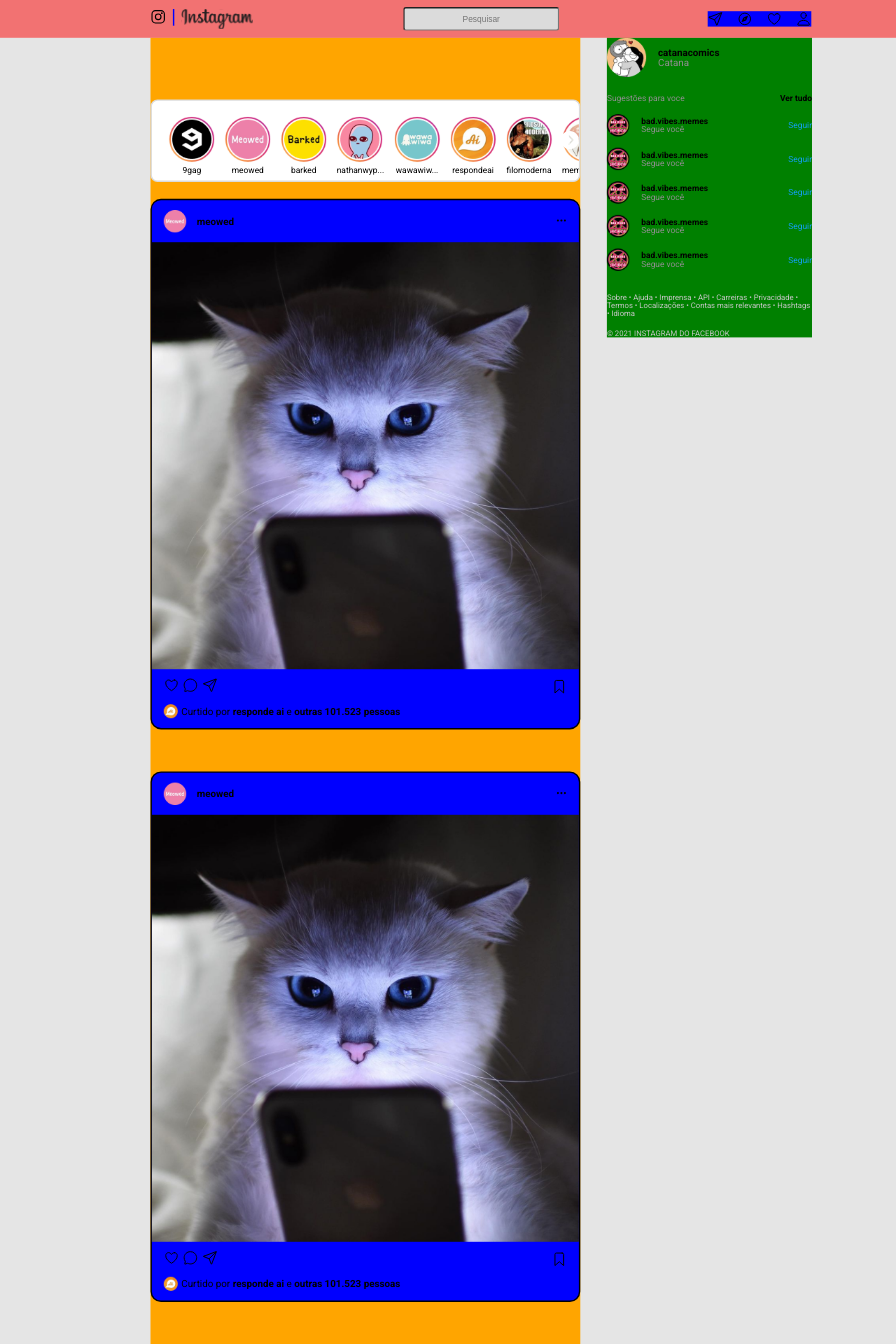
Repository: Zezinoo/proj-2-instagram-clone
Page: index.html
These files come from the project's save history. The page is drawn as it stood at one moment and after the next save; the edit follows.
The browser window is 1280 px wide. The pictures show the part of the page from y = 0 to 1920 px (the page is 2738 px tall), at 70% of full size.
Some web libraries are served in a nearby version.

Above is the page before, as saved 2022-06-04 22:27:14.

After the next save:
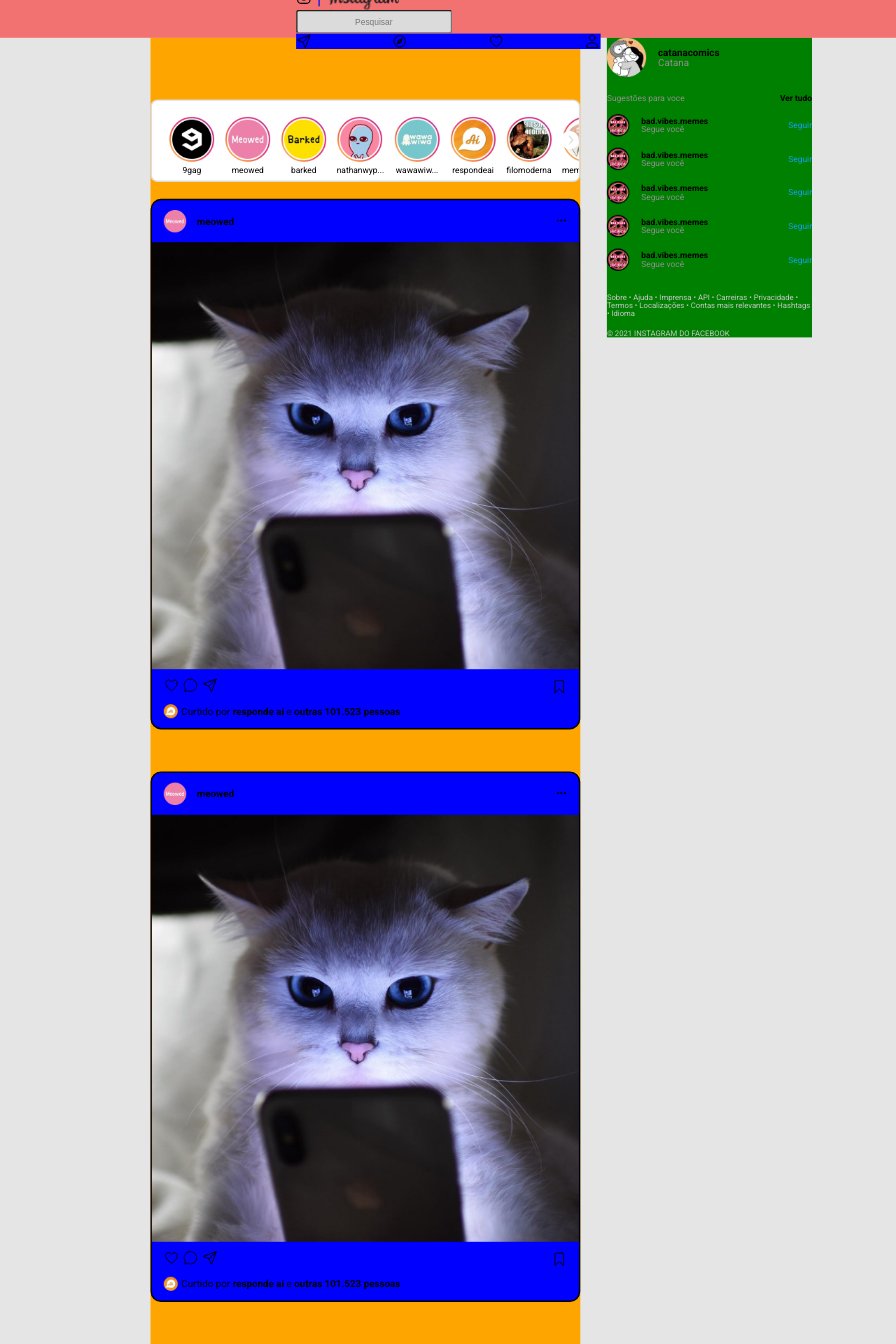
Saved 3 h 34 min later.
--- a/style.css
+++ b/style.css
@@ -21,15 +21,7 @@
     z-index: 1;
 }
 
-.align-top{
-    display: flex;
-    flex-direction: row;
-    align-items: center;
-    justify-content: space-between;
-    position: absolute;
-    left: 215px;
-    z-index: 1;
-}
+
 
 .logo{
     display: flex;
